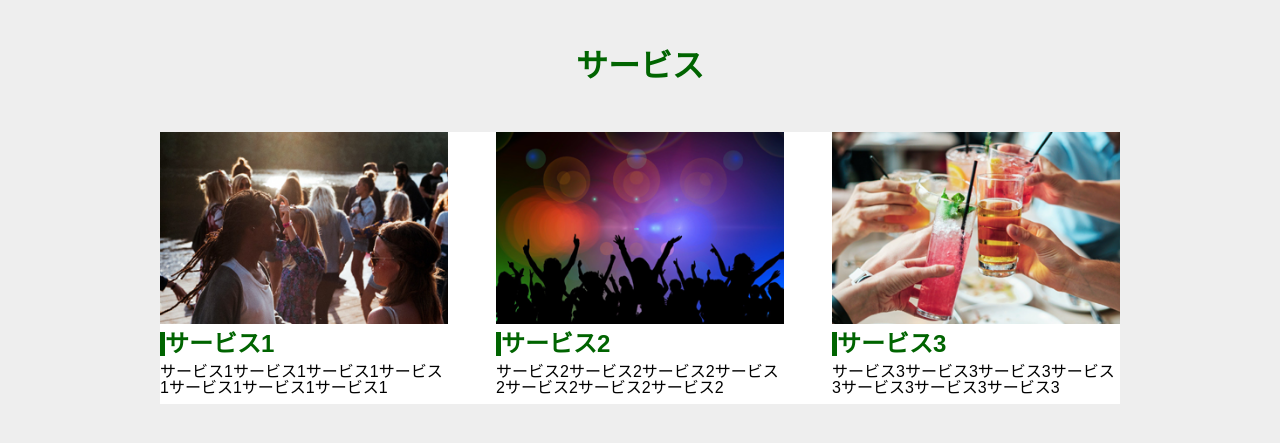
Repository: sonoyama01/dezasuta
Page: 第３回課題/work2/index.html
The author's editor kept a copy of each file at every save. The page is drawn from the files as they stood at one save, then again after the next save.
The browser window is 1280 px wide. The pictures show the whole page.

Above is the page before, as saved 2024-04-28 00:44:39.

After the next save:
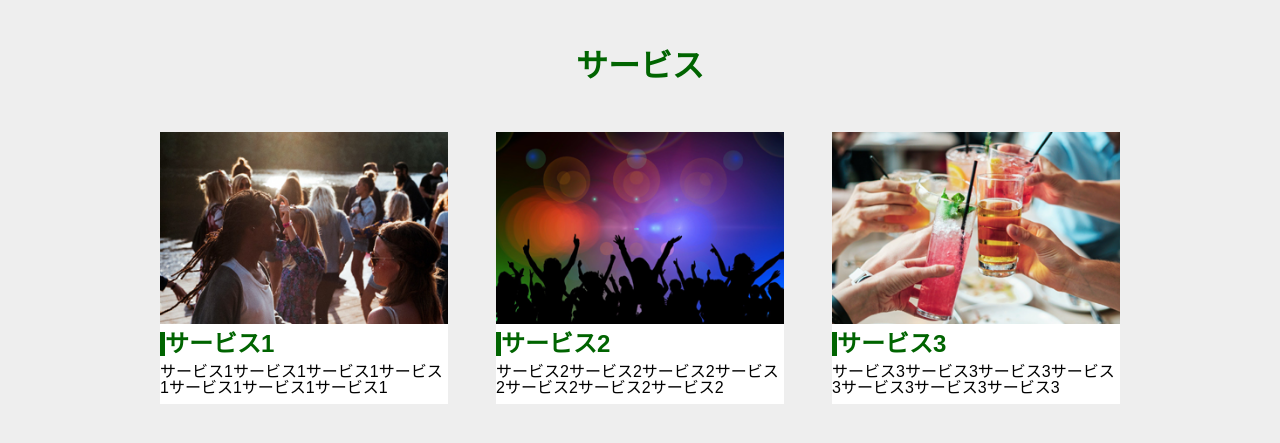
Saved 61 s later.
--- a/第３回課題/work2/css/style.css
+++ b/第３回課題/work2/css/style.css
@@ -19,10 +19,10 @@ h2 {
 .box {
   display: flex;
   justify-content: space-between;
-  background-color: #fff;
 }
 .box div {
   width: 30%;
+  background-color: #fff;
 }
 
 img,
